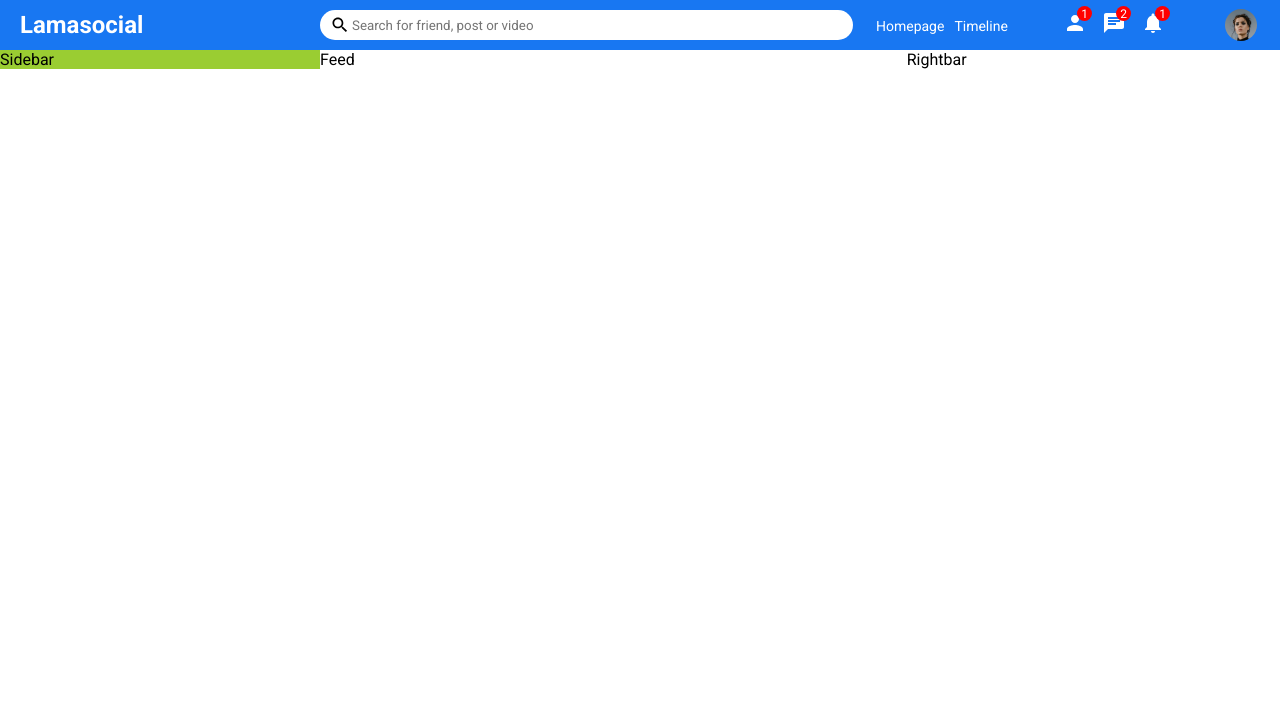
Repository: nazlinres01/react-social
Page: / (app in client/)
These files come from the project's save history. The page is drawn as it stood at one moment and after the next save; the edit follows.
The browser window is 1280 px wide. The pictures show the whole page.
The project was rebuilt for these pictures with package versions that can differ from the ones it lists, and the page was loaded fresh each time.

Above is the page before, as saved 2024-06-11 16:17:55.

### client/public/index.html
<!DOCTYPE html>
<html lang="en">

<head>
  <meta charset="utf-8" />
  <meta name="viewport" content="width=device-width, initial-scale=1" />
  <meta name="description" content="Web site created using create-react-app" />
  <link
    href="https://fonts.googleapis.com/css2?family=Roboto:ital,wght@0,100;0,300;0,400;0,500;0,700;0,900;1,100;1,300;1,400;1,500;1,700;1,900&display=swap"
    rel="stylesheet">
    <link rel="stylesheet" href="style.css">
  <title>Social App</title>
</head>

<body>
  <noscript>You need to enable JavaScript to run this app.</noscript>
  <div id="root"></div>
</body>

</html>

### client/src/App.js
import Home from "./pages/home/Home";

function App() {
  return <Home />
}

export default App;

### client/src/pages/home/Home.jsx
import Feed from "../../components/feed/Feed";
import Rightbar from "../../components/rightbar/Rightbar";
import Sidebar from "../../components/sidebar/Sidebar";
import Topbar from "../../components/topbar/Topbar";
import "./home.css"

export default function Home() {
    return (
        <>
            <Topbar />
            <div className="homeContainer">
                <Sidebar />
                <Feed />
                <Rightbar />

            </div>

        </>
    );
}

### client/src/components/feed/Feed.jsx
import "./feed.css"

export default function Feed() {
    return (
        <div className="feed">
            Feed</div>
    )
}

### client/src/components/rightbar/Rightbar.jsx
import "./rightbar.css"

export default function Rightbar() {
    return (
        <div className="rightbar">
            Rightbar</div>
    )
}

### client/src/components/sidebar/Sidebar.jsx
import "./sidebar.css"

export default function Sidebar() {
    return (
        <div className="sidebar">
            Sidebar</div>
    )
}

### client/src/components/topbar/Topbar.jsx
import "./topbar.css"
import { Search, Person, Chat, Notifications } from "@material-ui/icons"

export default function Topbar() {
  return (
    <div className="topbarContainer">
      <div className="topbarLeft">
        <span className="logo">Lamasocial</span>
      </div>
      <div className="topbarCenter">
        <div className="searchbar">
          <Search className="searchIcon" />
          <input placeholder="Search for friend, post or video" className="searchInput" />
        </div>
      </div>
      <div className="topbarRight">
        <div className="topbarLinks">
          <span className="topbarLink">Homepage</span>
          <span className="topbarLink">Timeline</span>
        </div>
        <div className="topbarIcons">
          <div className="topbarIconItem">
            <Person />
            <span className="topbarIconBadge">1</span>
          </div>
          <div className="topbarIconItem">
            <Chat />
            <span className="topbarIconBadge">2</span>
          </div>
          <div className="topbarIconItem">
            <Notifications />
            <span className="topbarIconBadge">1</span>
          </div>
        </div>
        <img src="/assets/person/1.jpeg" alt="" className="topbarImg" />
      </div>

    </div>
  )
}

### client/src/components/feed/feed.css
.feed {
    flex: 5.5;
}

### client/src/components/rightbar/rightbar.css
.rightbar {
    flex: 3.5;
}

### client/src/components/sidebar/sidebar.css
.sidebar {
    flex: 3;
    background-color: yellowgreen;
}

### client/src/components/topbar/topbar.css
.topbarContainer {
    height: 50px;
    width: 100%;
    background-color: #1877f2;
    display: flex;
    align-items: center;
    position: sticky;
    top: 0;
}

.topbarLeft {
    flex: 3;
}

.logo {
    font-size: 24px;
    margin-left: 20px;
    font-weight: bold;
    color: white;
    cursor: pointer;
}

.topbarCenter {
    flex: 5;
}

.searchbar {
    width: 100%;
    height: 30px;
    background-color: white;
    border-radius: 30px;
    display: flex;
    align-items: center;
}

.searchIcon {
    font-size: 20px !important;
    margin-left: 10px;
}

.searchInput {
    border: none;
    width: 70%;
}

.searchInput:focus {
    outline: none;
}

.topbarRight {
    flex: 4;
    display: flex;
    align-items: center;
    justify-content: space-around;
    color: white;
}

.topbarLink {
    margin-right: 10px;
    font-size: 14px;
    cursor: pointer;
}

.topbarIcons {
    display: flex;
}

.topbarIconItem {
    margin-right: 15px;
    cursor: pointer;
    position: relative;

}

.topbarIconBadge {
    width: 15px;
    height: 15px;
    background-color: red;
    border-radius: 50%;
    color: white;
    position: absolute;
    top: -5px;
    right: -5px;
    display: flex;
    align-items: center;
    justify-content: center;
    font-size: 12px;
}

.topbarImg {
    width: 32px;
    height: 32px;
    border-radius: 50%;
    object-fit: cover;
    cursor: pointer;
}

Loaded but not shown: client/src/index.js (common file); client/src/pages/home/home.css (common file); client/public/style.css (common file)

After the next save:
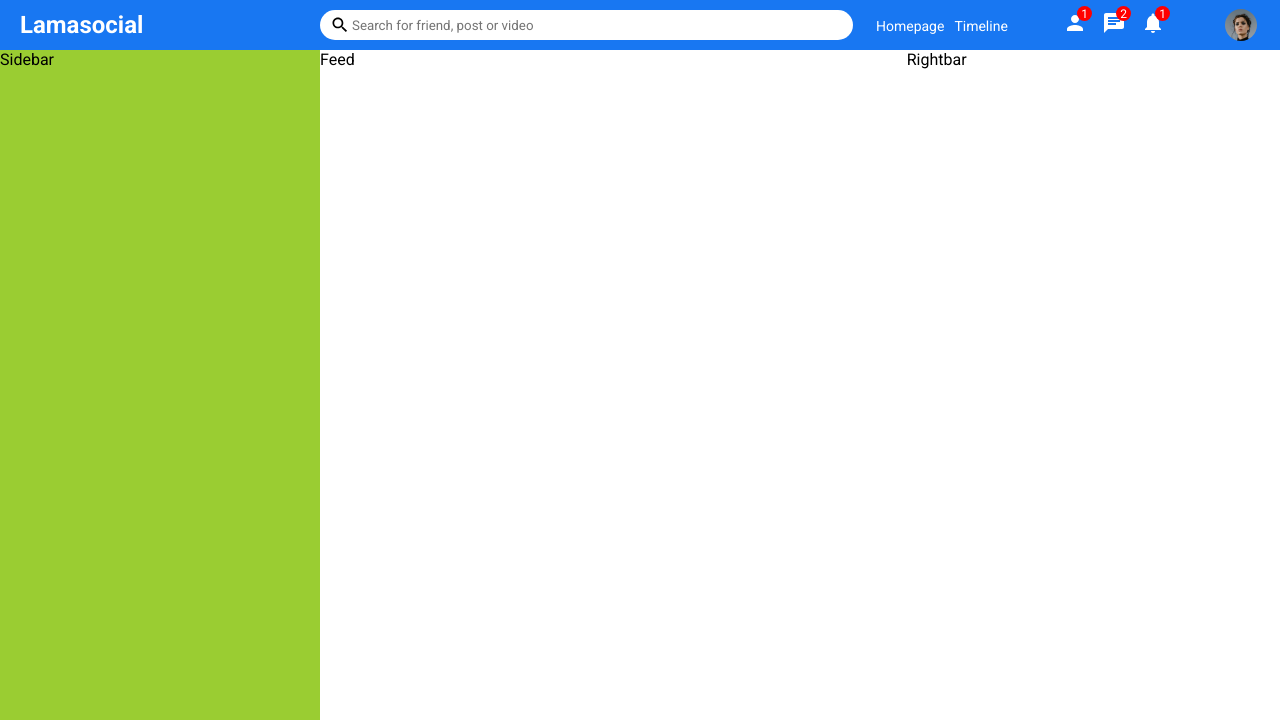
Saved 35 s later.
--- a/client/src/components/sidebar/sidebar.css
+++ b/client/src/components/sidebar/sidebar.css
@@ -1,4 +1,5 @@
 .sidebar {
     flex: 3;
+    height: calc(100vh - 50px);
     background-color: yellowgreen;
 }
